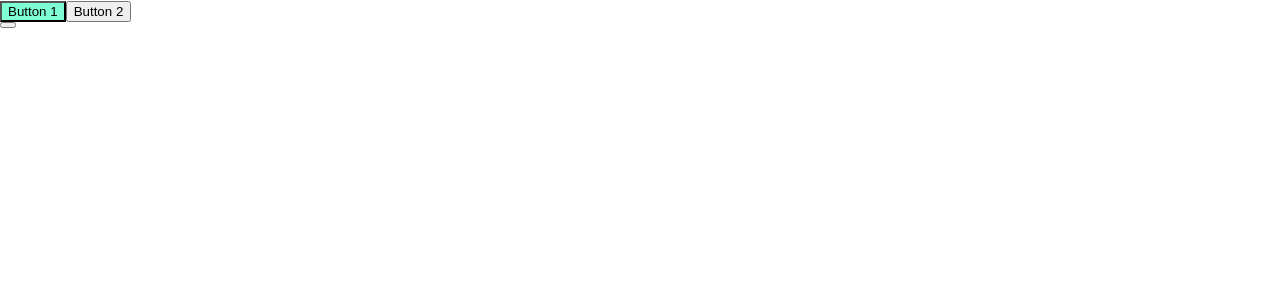
Repository: dnjfht/css-example
Page: /
The author's editor kept a copy of each file at every save. The page is drawn from the files as they stood at one save, then again after the next save.
The browser window is 1280 px wide. The pictures show the whole page.
The project was rebuilt for these pictures with package versions that can differ from the ones it lists, and the page was loaded fresh each time.

Above is the page before, as saved 2023-05-15 13:05:33.

### src/App.js
import React from "react";
import Button1 from "./components/Button1";
import Button2 from "./components/Button2";
import styled from "styled-components";

const Container = styled.div`
  display: flex;
`;

const Button = styled.button``;

export default function App() {
  return (
    <>
      <Button1 />
      <Button2 />

      <Container>
        <Button></Button>
      </Container>
    </>
  );
}

### src/components/Button1.js
import React from "react";
import styles from "./Button1.module.css";

export default function Button1() {
  return <button className={styles.button}>Button 1</button>;
}

// 기본적인 css 파일을 사용했을 때의 문제점 :
// 동일한 class 이름을 사용하면
// 가장 나중에 import된 css 파일에 정의된 selector가 이기게 됨.
// 아무리 다른 css 파일을 만든다고 해도, 서로 다른 파일에서 동일한 calss 이름을 사용하면
// 가장 나중에 import된 css 파일에 정의된 selector가 앞에껄 덮어씌우게 되어 있다.

// 이렇게 PostCSS를 사용하면 class 이름이 충돌나는 것을 신경쓰지 않아도 된다.
// PostCSS를 쓰면 자동으로 이름을 감싸준 네이밍 스페이스를 더해서 객체를 전달해준다.
// 객체 이름은 원하는 대로 정의해주면 된다.(ex : styles)
// 사용할 때도 태그에 className = {styles. ...} 이렇게 사용하면 된다.
// 자바스크립트 문법을 사용할 것이기 때문에 중괄호 사용.
// PostCSS를 사용하면 동일한 class 이름을 사용해도 파일명을 이용해서 고유한 class 이름을 만들어줌.

### src/components/Button2.js
import React from "react";
import styles from "./Button2.module.css";

export default function Button2() {
  return <button className={styles.button}>Button 2</button>;
}

### src/components/Button1.module.css
.button {
  background-color: aquamarine;
}

Loaded but not shown: public/index.html (common file); src/index.js (common file); src/index.css (common file); src/reportWebVitals.js (common file); src/components/Button2.module.css (no stored copy; drawn as an empty file)

After the next save:
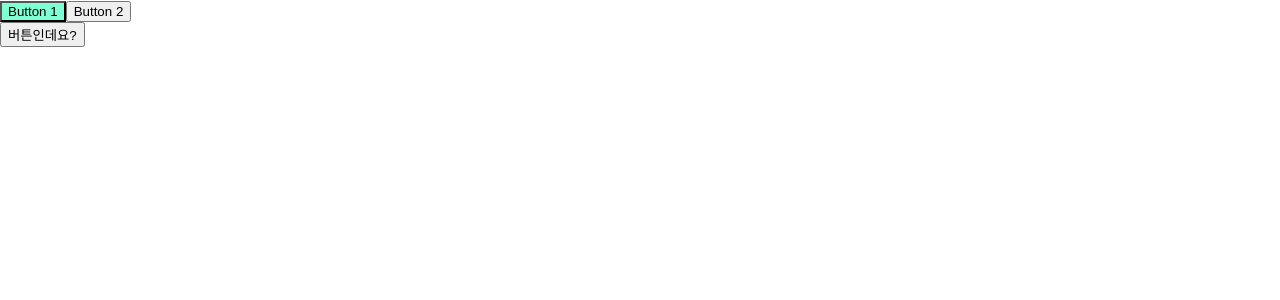
Saved 10 s later.
--- a/src/App.js
+++ b/src/App.js
@@ -16,7 +16,7 @@ export default function App() {
       <Button2 />
 
       <Container>
-        <Button></Button>
+        <Button>버튼인데요?</Button>
       </Container>
     </>
   );
